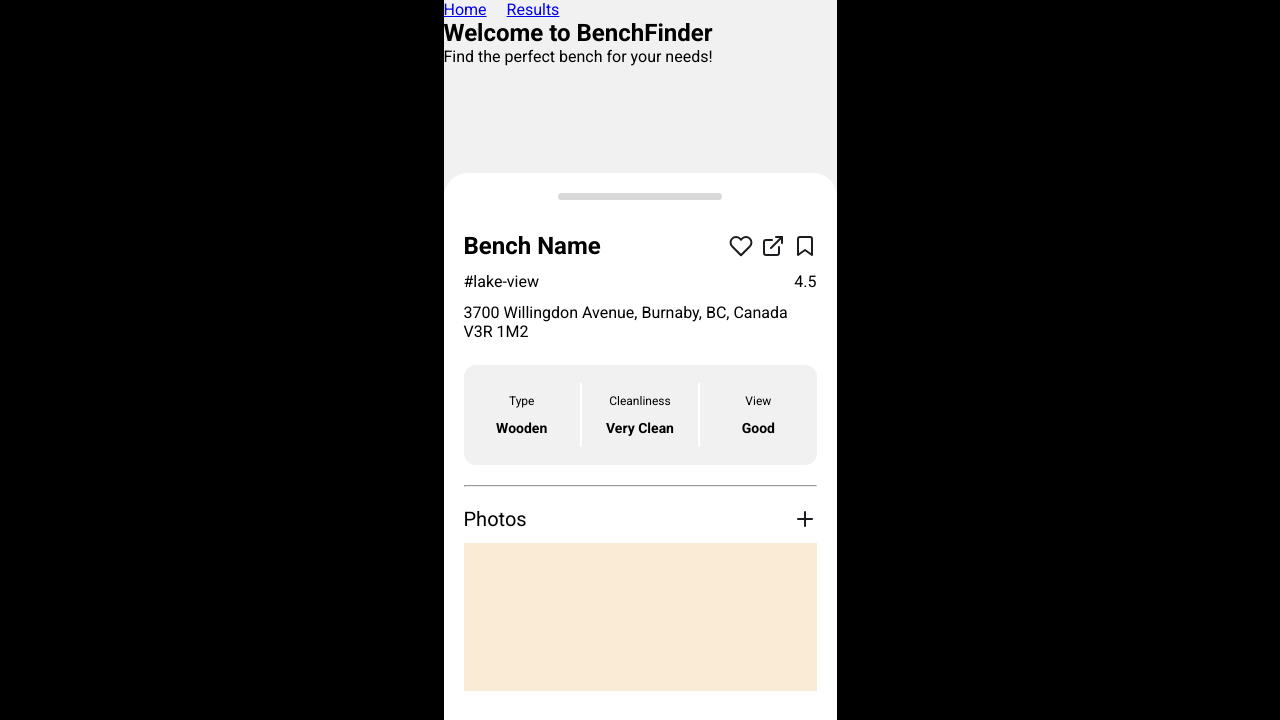
Repository: HidayatPatil/BenchFinder
Page: /
An editor plug-in stored every save of this project. The page is shown before and after the next save, followed by the edit.
The browser window is 1280 px wide. The pictures show the whole page.
The project was rebuilt for these pictures with package versions that can differ from the ones it lists, and the page was loaded fresh each time. Also part of the build but not shown: vite.config.js, src/Results.jsx.

Above is the page before, as saved 2025-10-09 21:56:55.

### index.html
<!doctype html>
<html lang="en">
  <head>
    <meta charset="UTF-8" />
    <link rel="icon" type="image/svg+xml" href="/vite.svg" />
    <meta name="viewport" content="width=device-width, initial-scale=1.0" />
    <title>benchfinder</title>
  </head>
  <body>
    <div id="root"></div>
    <script type="module" src="/src/main.jsx"></script>
  </body>
</html>

### src/index.css
@import url("https://fonts.googleapis.com/css2?family=Roboto:wght@400;700&display=swap");

/* Reset default margins and padding */
* {
  margin: 0;
  padding: 0;
  box-sizing: border-box;
}

body,
html {
  width: 100%;
  height: 100%;
  overflow: hidden;
  background-color: black;
  display: flex;
  justify-content: center;
  align-items: center;
  font-family: "Roboto", sans-serif;
  /* overflow: auto; */
}

#root {
  width: 393px;
  min-width: 320px;
  max-width: 425px;
  height: 100vh;
  background-color: rgb(0, 0, 0);
  position: relative;
}

.app_body {
  width: 393px;
  min-width: 320px;
  max-width: 425px;
  height: 100%;
  background-color: #f1f1f1;
  margin: 0 auto;
  position: relative;
}

.drawer_container {
  height: 547px;
  width: 100%;
  position: absolute;
  bottom: 0;
  padding: 0 20px;
  background-color: #ffffff;
  border-radius: 24px 24px 0 0;
}

.drawer_handle {
  width: 164px;
  height: 7px;
  border-radius: 100px;
  background-color: #d9d9d9;
  margin: 20px auto 32px auto;
}

.bench_data {
  display: flex;
  flex-direction: column;
  gap: 20px;
}

.bench_information {
  display: flex;
  flex-direction: column;
  gap: 24px;
}

.data_metadata {
  display: flex;
  flex-direction: column;
  gap: 12px;
}

.metadata_name_options {
  display: flex;
  justify-content: space-between;
  align-items: center;

  h2 {
    font-size: 24px;
    font-weight: 600;
  }

  .bench_metadata_options {
    display: flex;
    gap: 8px;
  }

  .option_icons {
    height: 24px;
    width: 24px;
    color: #1c1b1f;
  }
}

.metadata_tags_rating {
  display: flex;
  justify-content: space-between;
  align-items: center;
}

.data_bench_overview {
  display: flex;
  justify-content: space-between;
  gap: 24px;
  align-items: center;
  background-color: #f1f1f1;
  padding: 16px 24px;
  text-align: center;
  height: 100px;
  border-radius: 12px;

  .bench_overview_container {
    display: flex;
    flex-direction: column;
    gap: 12px;
    flex: 1;
  }

  .overview_title {
    font-size: 12px;
    font-weight: 500;
  }

  .overview_content {
    font-size: 14px;
    font-weight: 600;
  }

  .box_data_seperators {
    background-color: white;
    height: 64px;
    width: 2px;
  }
}

.bench_photos {
  display: flex;
  flex-direction: column;
  gap: 12px;

  .photos_heading {
    display: flex;
    justify-content: space-between;
    align-items: center;

    h3 {
      font-size: 20px;
      font-weight: 500;
    }

    .option_icons {
      height: 24px;
      width: 24px;
      color: #1c1b1f;
    }
  }

  .photos_gallery {
    display: flex;
    /* gap: 12px; */

    .gallery_image {
        background-color: antiquewhite;
        height: 148px;
        width: 148px;
    }
  }
}

### src/App.jsx
import { Routes, Route, Link } from 'react-router-dom'
import Result from './Results'
import Home from './Home'

export default function App(){
  return (
    <div className="app_body">
      {/* <h1 className="container">BenchFinder App</h1> */}
      <nav>
        <Link to="/" style={{ marginRight: '20px' }}>Home</Link>
        <Link to="/results">Results</Link>
      </nav>

      <Routes>
        <Route path="/" element={<Home />} />
        <Route path="/results" element={<Result />} />
      </Routes>
    </div>
  )
}

### src/Home.jsx
import ContentDrawer from "./components/contentDrawer"

export default function Home() {
  return (
    <div>
      <h2>Welcome to BenchFinder</h2>
      <p>Find the perfect bench for your needs!</p>
      <div className="google_maps">
        <img />
      </div>
      <ContentDrawer />
    </div>
  )
}

### src/components/contentDrawer.jsx
import { FiHeart } from "react-icons/fi";
import { FiExternalLink } from "react-icons/fi";
import { FiBookmark } from "react-icons/fi";
import { FiPlus } from "react-icons/fi";
import { IconContext } from "react-icons";

export default function ContentDrawer() {
  return (
    <div className="drawer_container">
      <div className="drawer_handle"></div>
      <div className="bench_data">
        {" "}
        {/* main container holding data */}
        <div className="bench_information">
          {" "}
          {/* section above the line break */}
          <div className="data_metadata">
            <div className="metadata_name_options">
              <h2>Bench Name</h2>
              <div className="bench_metadata_options">
                <IconContext.Provider value={{ className: "option_icons" }}>
                  <FiHeart />
                  <FiExternalLink />
                  <FiBookmark />
                </IconContext.Provider>
              </div>
            </div>
            <div className="metadata_tags_rating">
              <div className="bench_tags">#lake-view</div>
              <div className="bench_rating">4.5</div>
            </div>
            <p className="metadata_address">
              3700 Willingdon Avenue, Burnaby, BC, Canada V3R 1M2
            </p>
          </div>
          <div className="data_bench_overview">
            <div className="bench_overview_container">
              <h4 className="overview_title">Type</h4>
              <p className="overview_content">Wooden</p>
            </div>
            <span className="box_data_seperators" />
            <div className="bench_overview_container">
              <h4 className="overview_title">Cleanliness</h4>
              <p className="overview_content">Very Clean</p>
            </div>
            <span className="box_data_seperators" />
            <div className="bench_overview_container">
              <h4 className="overview_title">View</h4>
              <p className="overview_content">Good</p>
            </div>
          </div>
        </div>
        <hr /> {/* line break */}
        <div className="bench_photos">
          <div className="photos_heading">
            <h3>Photos</h3>
            <IconContext.Provider value={{ className: "option_icons" }}>
              <FiPlus />
            </IconContext.Provider>
          </div>
          <div className="photos_gallery">
            <div className="gallery_image"></div>
            <div className="gallery_image"></div>
            <div className="gallery_image"></div>
          </div>
        </div>
      </div>
    </div>
  );
}

Loaded but not shown: src/main.jsx (common file)

After the next save:
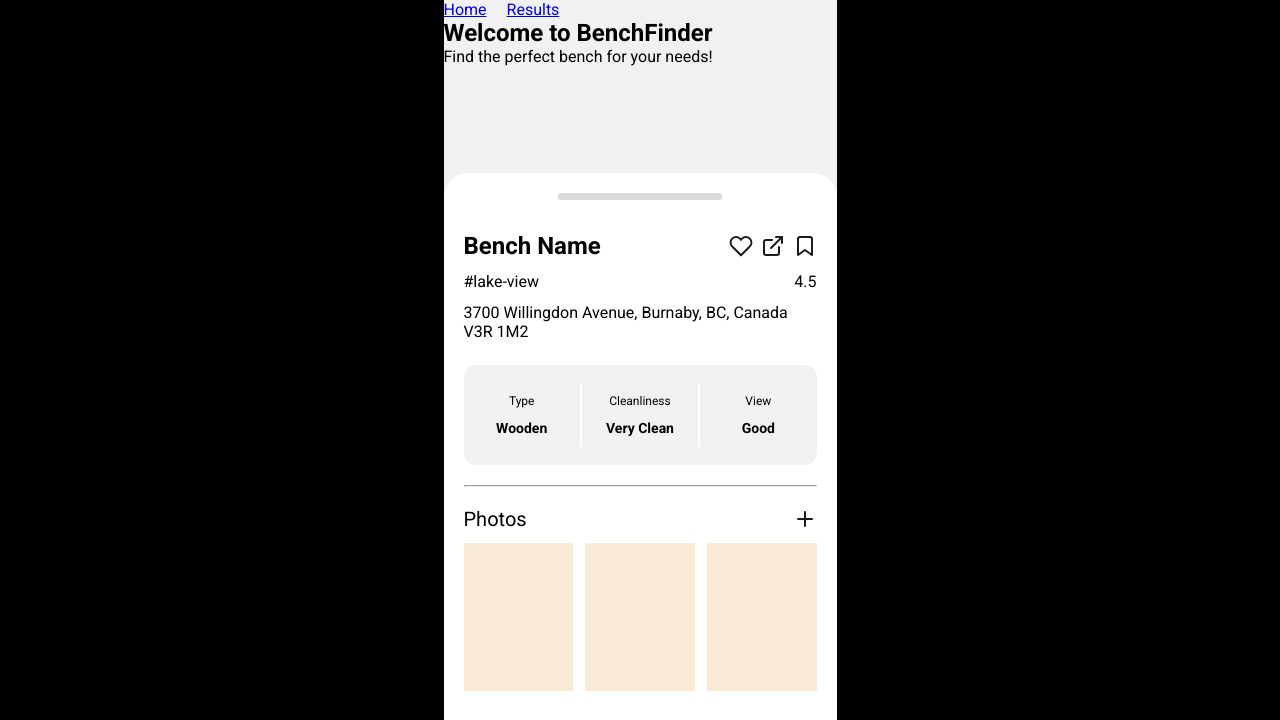
Saved 56 s later.
--- a/src/index.css
+++ b/src/index.css
@@ -162,12 +162,13 @@ html {
 
   .photos_gallery {
     display: flex;
-    /* gap: 12px; */
+    gap: 12px;
 
     .gallery_image {
         background-color: antiquewhite;
         height: 148px;
         width: 148px;
+        flex: 1;
     }
   }
 }
